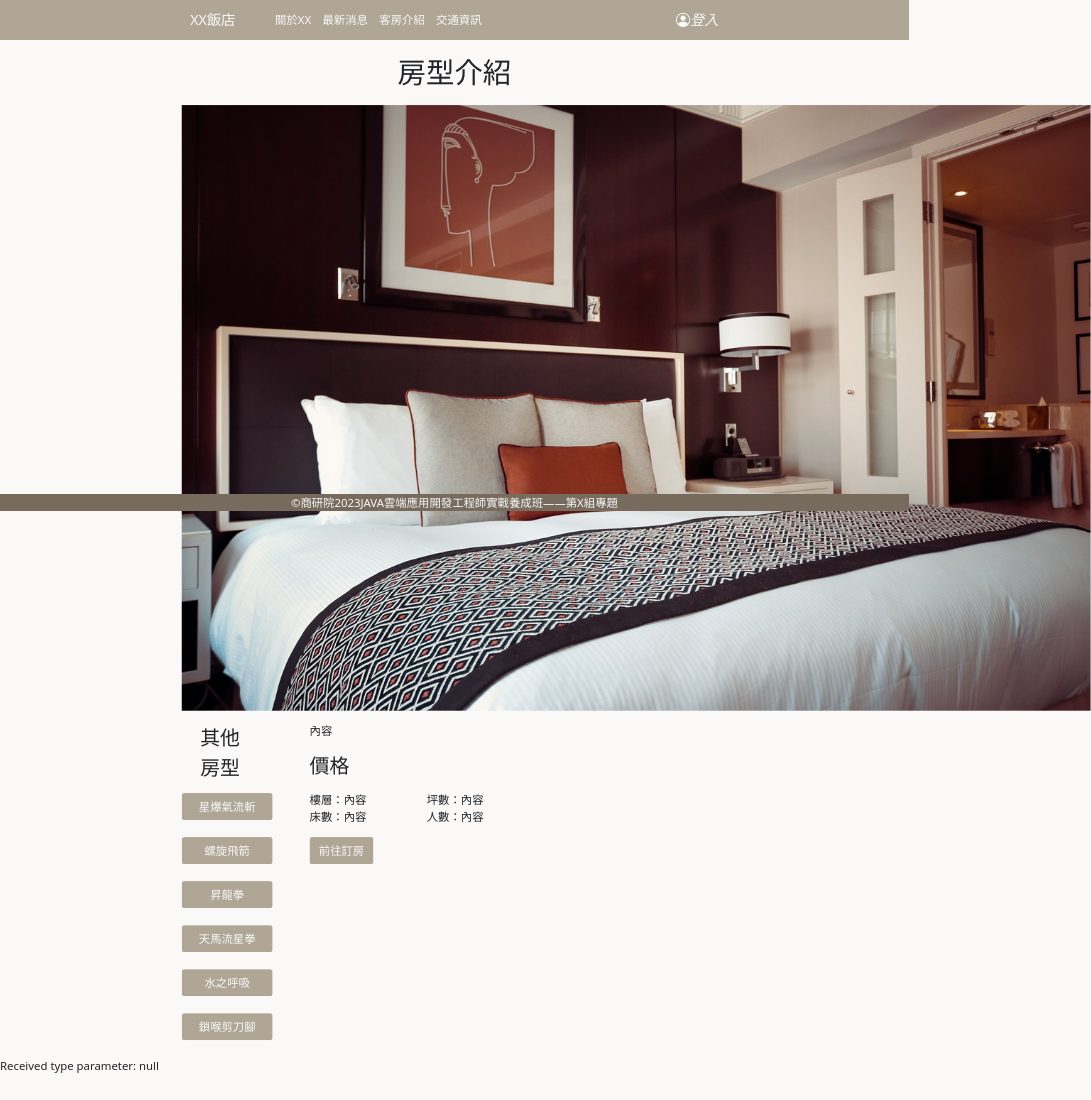
Repository: starcool0505/JavaProject-Hotel
Page: http://localhost/Hotel/room_index.jsp
These files come from the project's save history. The page is drawn as it stood at one moment and after the next save; the edit follows.
The browser window is 1280 px wide. The page is 1536 px wide, so the pictures cover 1536 px, including what lies to the right of the window. The pictures show the whole page, at 71% of full size.
The page is served by Tomcat 9. Nobody is signed in. The application's start-up code is not run.

Above is the page before, as saved 2023-12-19 07:10:53.

After the next save:
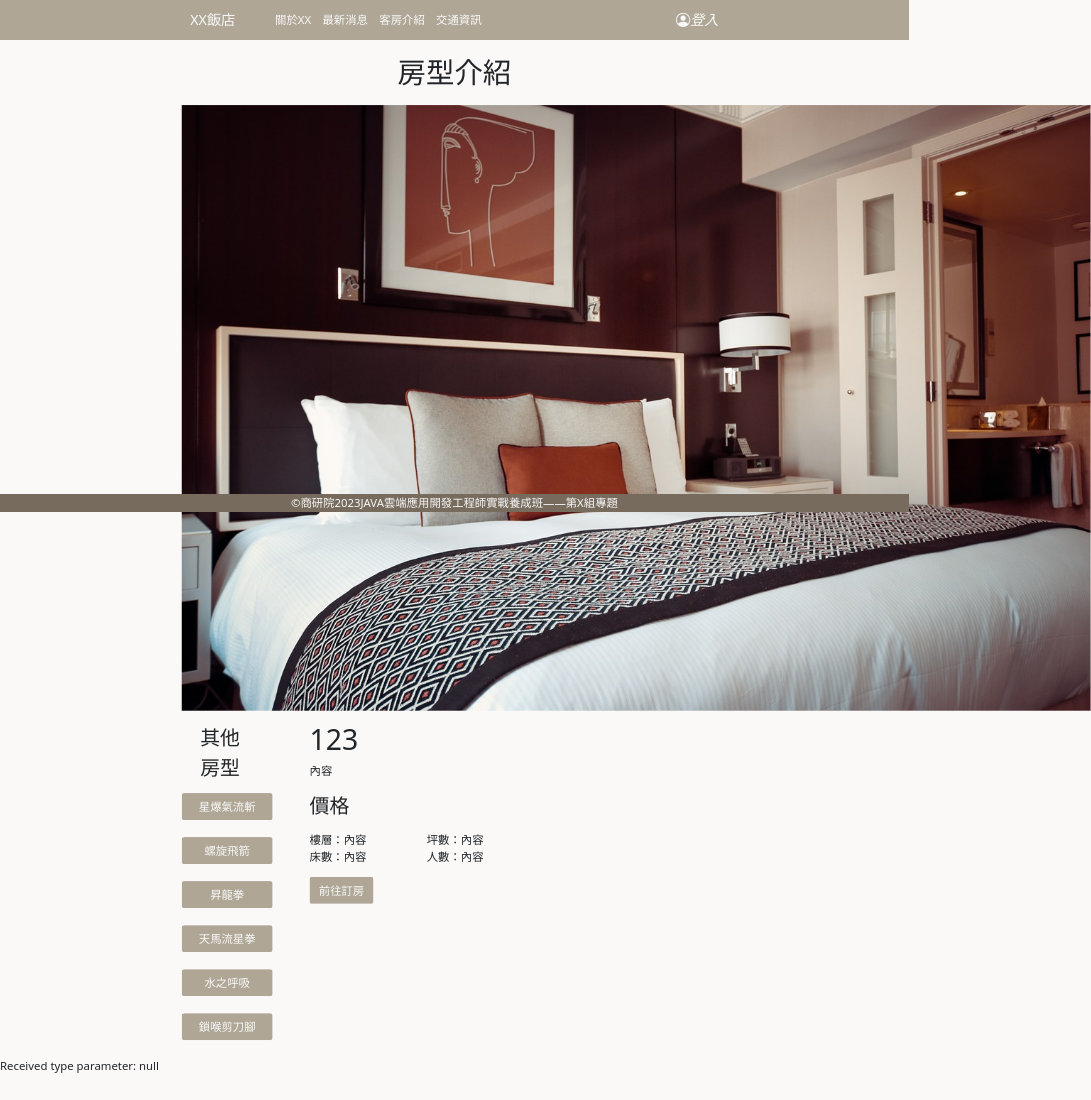
Saved 60 s later.
--- a/Hotel/src/main/webapp/room_index.jsp
+++ b/Hotel/src/main/webapp/room_index.jsp
@@ -56,7 +56,7 @@
 								</div>
 				</div>
 				<div class="col-5 text-start ms-5">
-					<h1 class="mt-3">${type}</h1>
+					<h1 class="mt-3">${123}</h1>
 					<p>內容</p>
 					<div class="fs-3">價格</div>
 					<div class="row mt-3">
